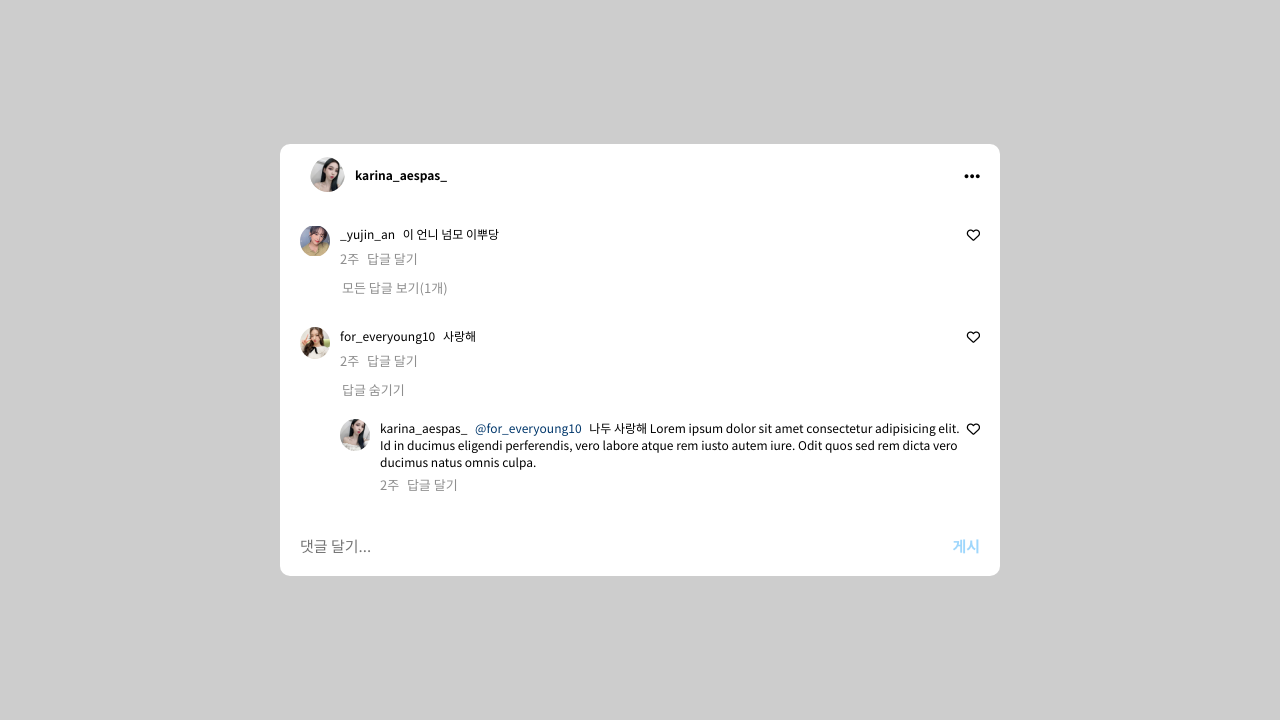
Repository: SNSFiestaTeam/Fiesta
Page: Fiesta/src/main/webapp/html/action/comment.html
An editor plug-in stored every save of this project. The page is shown before and after the next save, followed by the edit.
The browser window is 1280 px wide. The page is 1280 px wide, then 1288 px, then 1280 px, so the pictures cover 1288 px, including what lies to the right of the window. The pictures show the whole page.
Some web fonts or font styles are not loaded; a fallback is used. Some web libraries are served in a nearby version.

Above is the page before, as saved 2022-11-28 16:44:05.

After the next save:
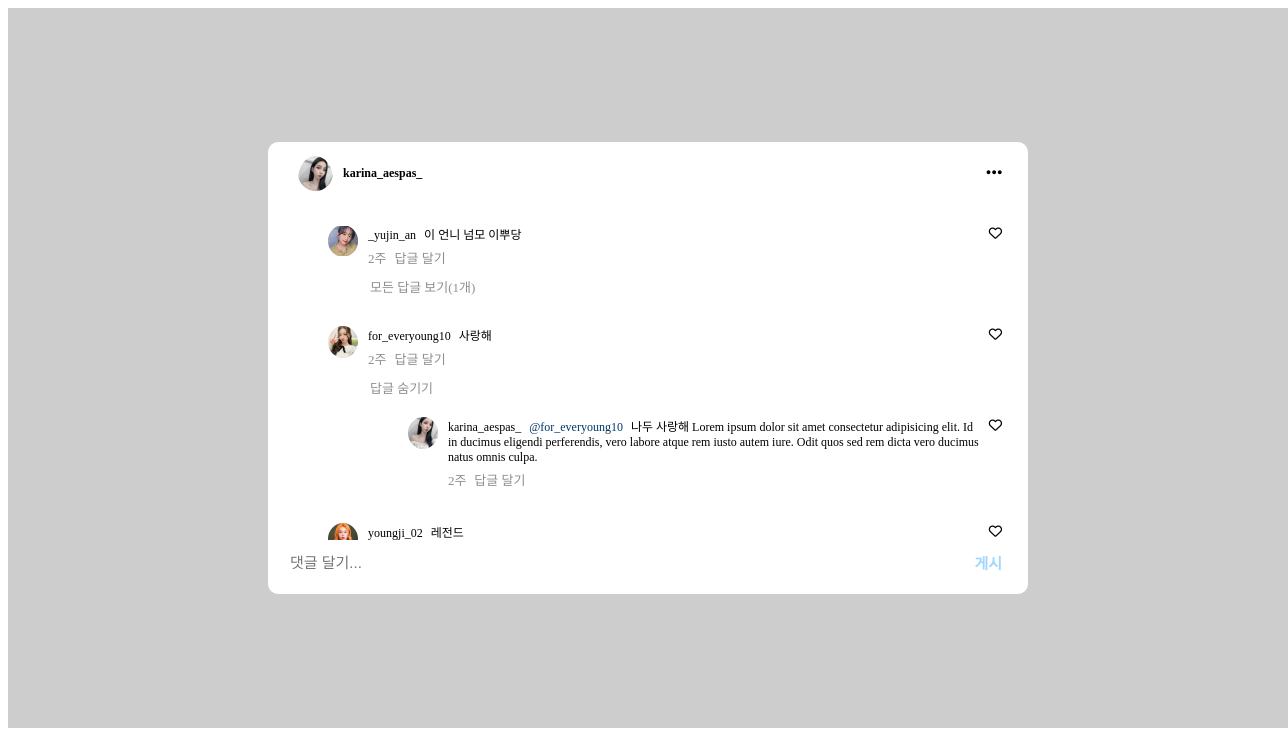
Saved 40 min 25 s later.
--- a/Fiesta/src/main/webapp/resources/css/common-style.css
+++ b/Fiesta/src/main/webapp/resources/css/common-style.css
@@ -3,6 +3,9 @@
 @import url('https://fonts.googleapis.com/css2?family=Leckerli+One&display=swap');
 @import url('https://fonts.googleapis.com/css2?family=Cookie&display=swap');
 @import './root-style.css';
+<style>
+@import url('https://fonts.googleapis.com/css2?family=Nanum+Gothic:wght@400;700;800&display=swap');
+</style>
 
 /* 전체 적용 스타일 */
 * {

After the save that followed:
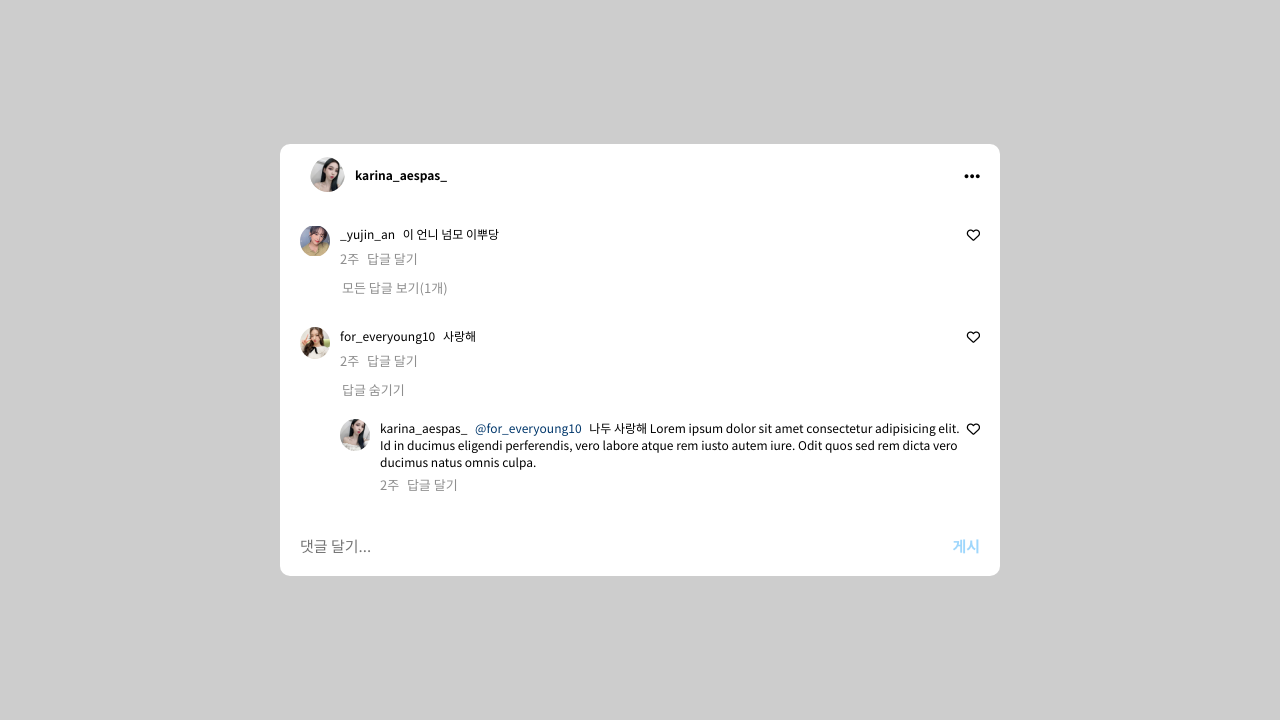
Saved 5 s later.
--- a/Fiesta/src/main/webapp/resources/css/common-style.css
+++ b/Fiesta/src/main/webapp/resources/css/common-style.css
@@ -3,9 +3,8 @@
 @import url('https://fonts.googleapis.com/css2?family=Leckerli+One&display=swap');
 @import url('https://fonts.googleapis.com/css2?family=Cookie&display=swap');
 @import './root-style.css';
-<style>
 @import url('https://fonts.googleapis.com/css2?family=Nanum+Gothic:wght@400;700;800&display=swap');
-</style>
+
 
 /* 전체 적용 스타일 */
 * {
